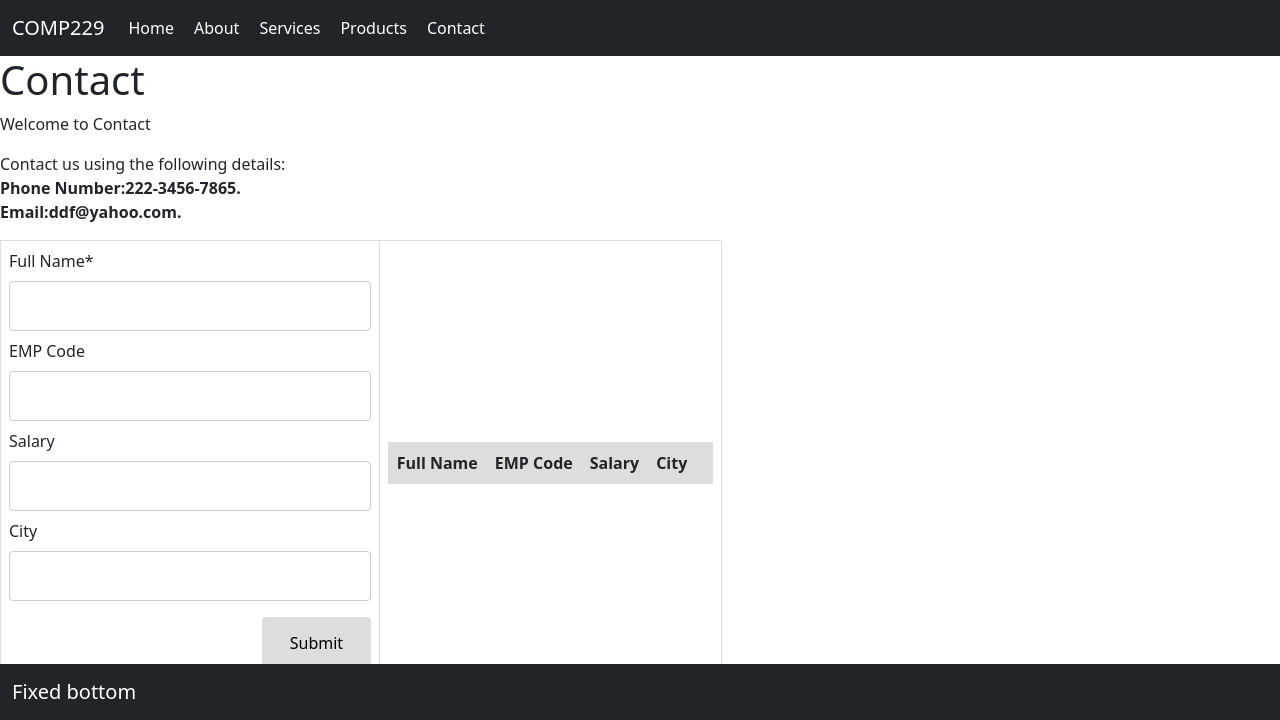
Repository: BlessingAjiboye/WEEJ4JULIO
Page: http://localhost/contact
These files come from the project's save history. The page is drawn as it stood at one moment and after the next save; the edit follows.
The browser window is 1280 px wide. The pictures show the whole page.
The page is served by the project's Node server (server.js).

Above is the page before, as saved 2022-09-27 17:54:17.

After the next save:
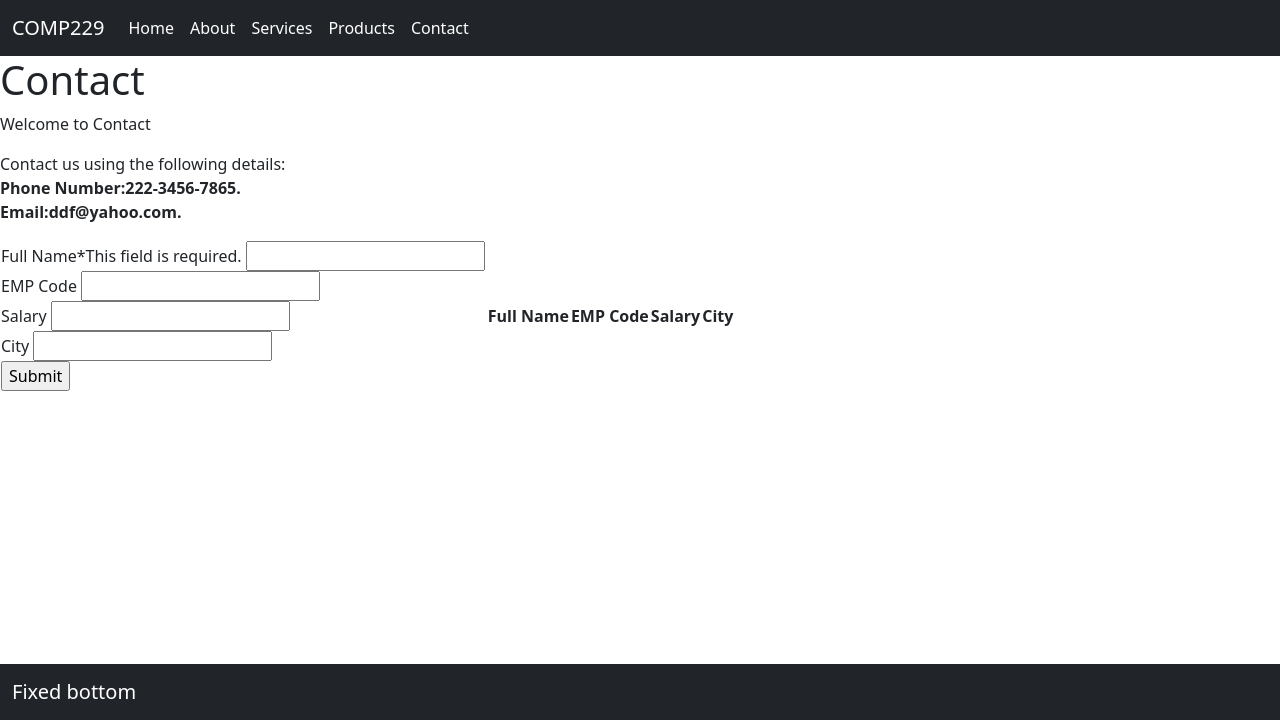
Saved 71 s later.
--- a/views/Contact.ejs
+++ b/views/Contact.ejs
@@ -1,6 +1,7 @@
 <%-include partials/header.ejs%>
 <%-include partials/main_nav.ejs%>
-  <style>
+<link rel='stylesheet' href='/Content/app.css' />
+<!-- <style>
 body > table{
     width: 80%;
 }
@@ -63,7 +64,7 @@
 }
 
    </style>
-
+-->
 
   <h1><%= title %></h1>
    <p>Welcome to <%= title %></p>

After the save that followed:
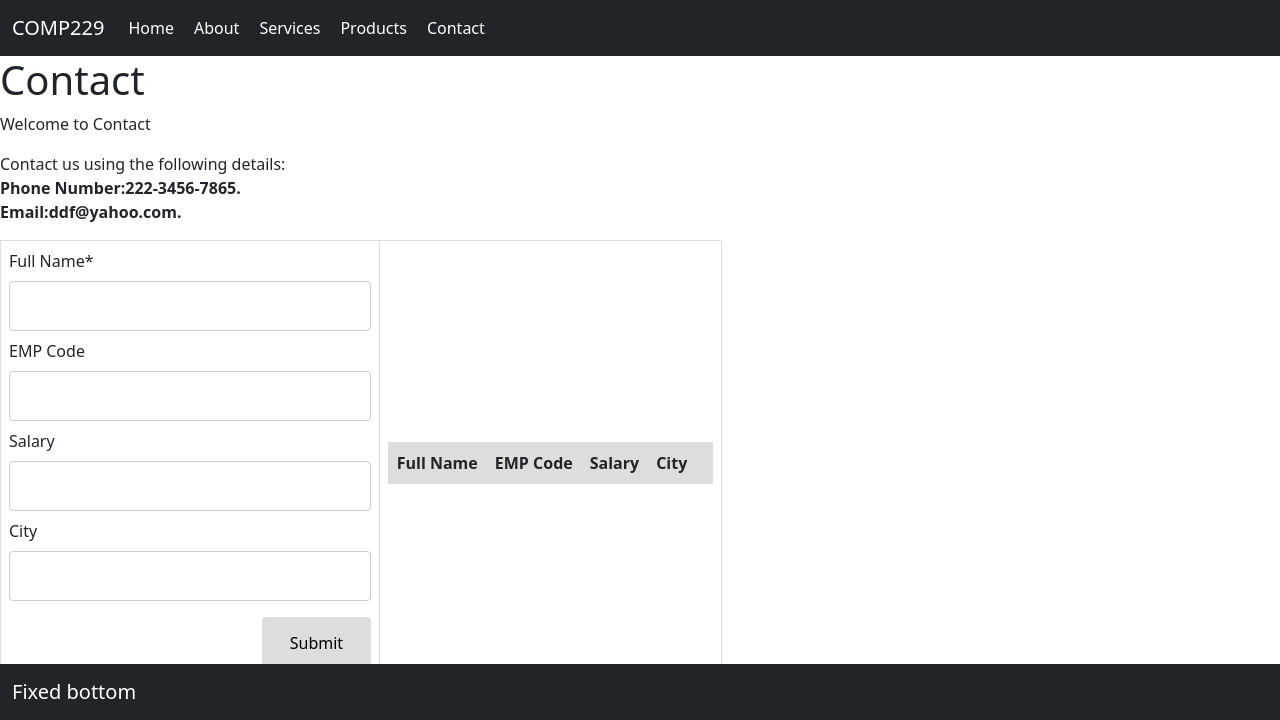
Saved 70 s later.
--- a/views/Contact.ejs
+++ b/views/Contact.ejs
@@ -1,6 +1,6 @@
 <%-include partials/header.ejs%>
 <%-include partials/main_nav.ejs%>
-<link rel='stylesheet' href='/Content/app.css' />
+<link rel='stylesheet' href='/Content/style.css' />
 <!-- <style>
 body > table{
     width: 80%;
